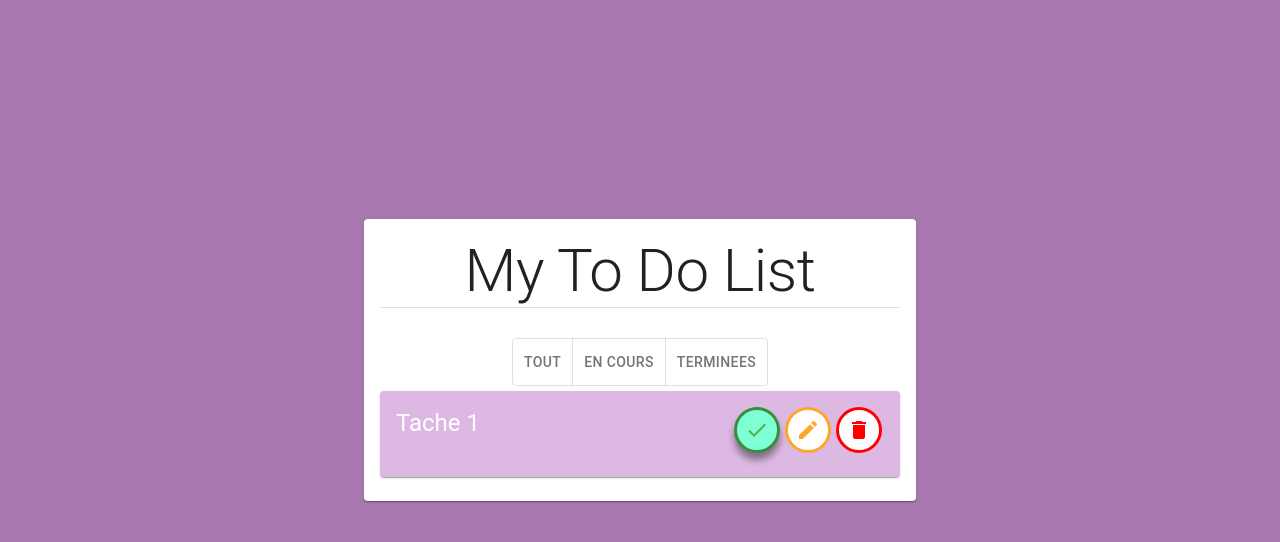
Repository: Fathiyasmine/Todo-list-project
Page: /
An editor plug-in stored every save of this project. The page is shown before and after the next save, followed by the edit.
The browser window is 1280 px wide. The pictures show the whole page.
The pointer rests on the first visible `.iconButton`.
The project was rebuilt for these pictures with package versions that can differ from the ones it lists, and the page was loaded fresh each time.

Above is the page before, as saved 2025-12-07 18:58:39.

### src/App.js
import "./App.css";
import ToDoList from "./components/ToDoList";

function App() {
  return (
    <div
      className="App"
      style={{
        display: "flex",
        justifyContent: "center",
        alignItems: "center",
        background: "#a877b0",
        height: "100vh",
      }}
    >
      <ToDoList />
    </div>
  );
}

export default App;

### src/App.css
.App {
  text-align: center;
}

.App-logo {
  height: 40vmin;
  pointer-events: none;
}

@media (prefers-reduced-motion: no-preference) {
  .App-logo {
    animation: App-logo-spin infinite 20s linear;
  }
}

.App-header {
  background-color: #282c34;
  min-height: 100vh;
  display: flex;
  flex-direction: column;
  align-items: center;
  justify-content: center;
  font-size: calc(10px + 2vmin);
  color: white;
}

.App-link {
  color: #61dafb;
}

@keyframes App-logo-spin {
  from {
    transform: rotate(0deg);
  }
  to {
    transform: rotate(360deg);
    -webkit-transform: rotate(360deg);
    -moz-transform: rotate(360deg);
    -ms-transform: rotate(360deg);
    -o-transform: rotate(360deg);
  }
}

.iconButton {
  transition: all 0.2s !important;
  -webkit-transition: all 0.2s !important;
  -moz-transition: all 0.2s !important;
  -ms-transition: all 0.2s !important;
  -o-transition: all 0.2s !important;
}
.iconButton:hover {
  background-color: aquamarine !important;
  box-shadow: 0px 7px 7px rgba(0, 0, 0, 0.4);
}

### src/components/TodoList.js
import * as React from "react";
import Container from "@mui/material/Container";
import Card from "@mui/material/Card";
import CardContent from "@mui/material/CardContent";
import Typography from "@mui/material/Typography";
import Divider from "@mui/material/Divider";
import ToggleButton from "@mui/material/ToggleButton";
import ToggleButtonGroup from "@mui/material/ToggleButtonGroup";
//Components
import Todo from "./Todo";
export default function ToDoList() {
  return (
    <Container maxWidth="sm">
      <Card>
        <CardContent>
          <Typography variant="h2">My To Do List</Typography>
          <Divider />
          {/*Filter buttons */}
          <ToggleButtonGroup
            // value={alignment}
            exclusive
            // onChange={handleAlignment}
            aria-label="text alignment"
            style={{ marginTop: "30px" }}
          >
            <ToggleButton value="left">Tout</ToggleButton>
            <ToggleButton value="right">En cours</ToggleButton>
            <ToggleButton value="center">Terminees</ToggleButton>
          </ToggleButtonGroup>
          {/*Filter buttons */}
          {/*All todos */}
          <Todo />
          {/*All todos */}
        </CardContent>
      </Card>
    </Container>
  );
}

### src/components/Todo.js
import Card from "@mui/material/Card";
import CardContent from "@mui/material/CardContent";
import Typography from "@mui/material/Typography";
import Grid from "@mui/material/Grid";
//Icons:
import CheckIcon from "@mui/icons-material/Check";
import DeleteIcon from "@mui/icons-material/Delete";
import EditIcon from "@mui/icons-material/Edit";

import IconButton from "@mui/material/IconButton";
export default function Todo() {
  return (
    <>
      <Card style={{ color: "white", background: "#c990d3a3", marginTop: 5 }}>
        <CardContent>
          <Grid container spacing={2}>
            <Grid size={8}>
              <Typography variant="h5" sx={{ textAlign: "left" }}>
                Tache 1
              </Typography>
            </Grid>
            {/*Action buttons */}

            <Grid
              size={4}
              display="flex"
              justifyContent="space-around"
              alignItems="center"
            >
              {" "}
              <IconButton
                className="iconButton"
                aria-label="delete"
                color="primary"
                style={{
                  color: "#4CAF50",
                  background: "white",
                  border: "solid 3px #388E3C",
                }}
              >
                <CheckIcon />
              </IconButton>
              <IconButton
                className="iconButton"
                aria-label="delete"
                color="primary"
                style={{
                  color: "#FFA726",
                  background: "white",
                  border: "solid 3px #FFA726",
                }}
              >
                <EditIcon />
              </IconButton>
              <IconButton
                className="iconButton"
                aria-label="delete"
                color="primary"
                style={{
                  color: "red",
                  background: "white",
                  border: "solid 3px red",
                }}
              >
                <DeleteIcon />
              </IconButton>
            </Grid>
            {/*Action buttons */}
          </Grid>
        </CardContent>
      </Card>
    </>
  );
}

Loaded but not shown: public/index.html (common file); src/index.js (common file); src/index.css (common file); src/reportWebVitals.js (common file); public/manifest.json (common file)

After the next save:
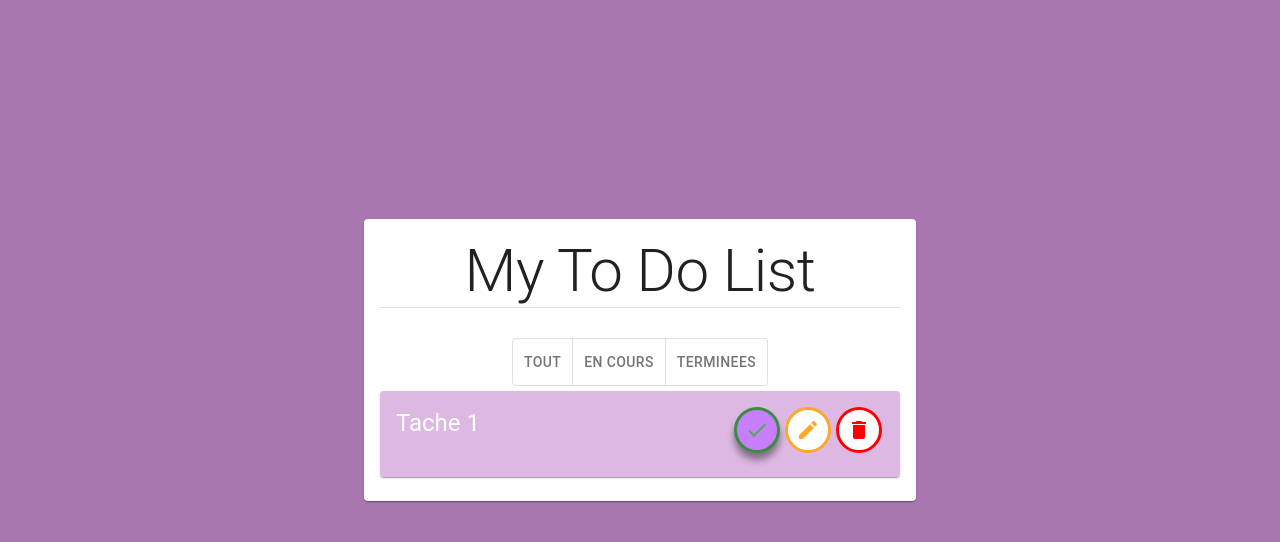
Saved 37 s later.
--- a/src/App.css
+++ b/src/App.css
@@ -49,6 +49,6 @@
   -o-transition: all 0.2s !important;
 }
 .iconButton:hover {
-  background-color: aquamarine !important;
+  background-color: rgb(200, 127, 255) !important;
   box-shadow: 0px 7px 7px rgba(0, 0, 0, 0.4);
 }
